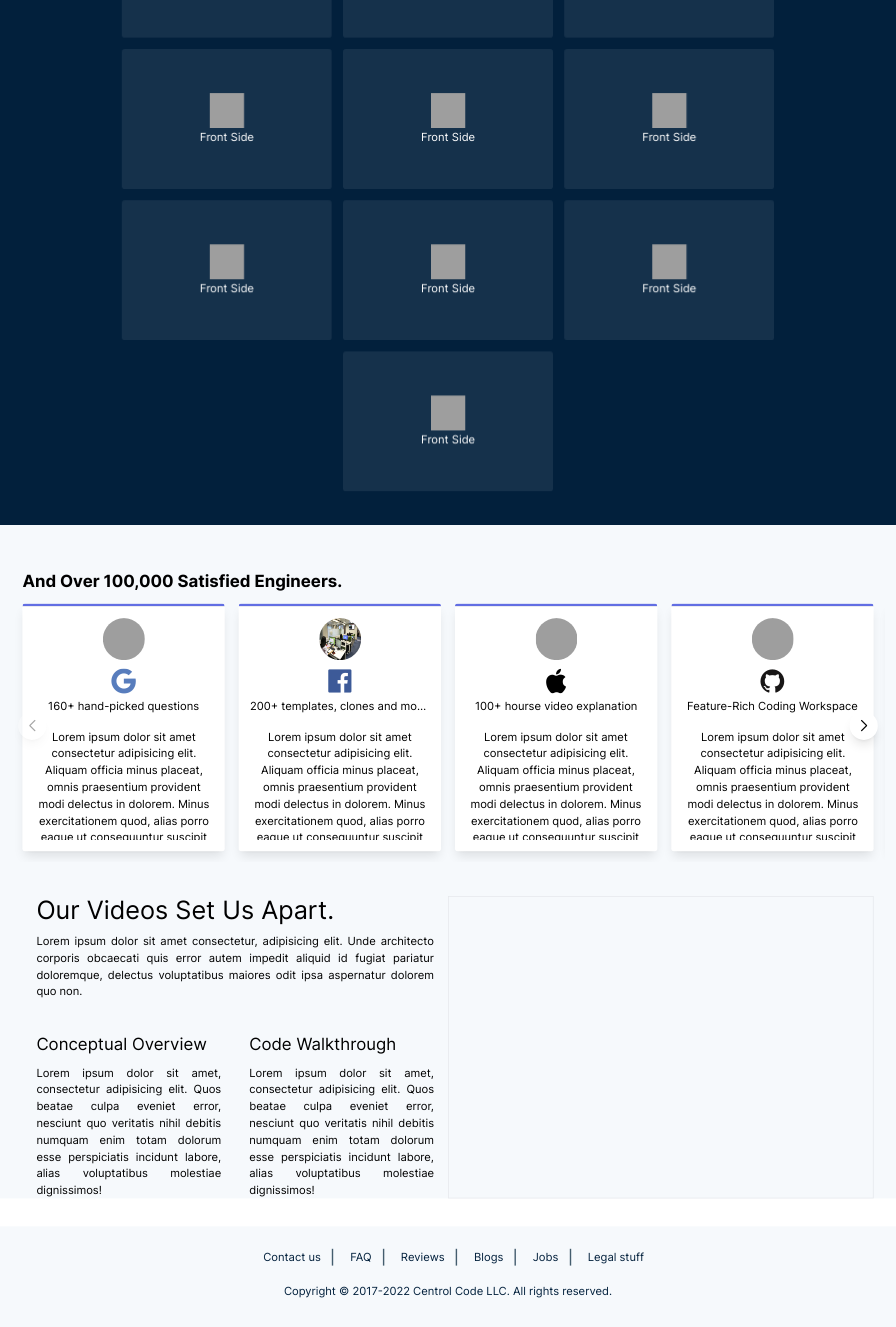
Repository: om1ars/Xjkey
Page: /
These files come from the project's save history. The page is drawn as it stood at one moment and after a run of saves; the edit follows.
The browser window is 1280 px wide. The pictures show the part of the page from y = 3040 to 4960 px (the page is 4936 px tall before and 4960 px after), at 70% of full size.
Pictures or frames that could not be fetched are drawn as grey boxes. The project was rebuilt for these pictures with package versions that can differ from the ones it lists, and the page was loaded fresh each time. The framework's server and built-in components were replaced by stand-ins that run in the browser. Also part of the build but not shown: next.config.js.

Above is the page before, as saved 2022-03-20 23:45:11.

### src/pages/_app.tsx
import "@/css/fonts.css";
// Import Swiper styles
import "swiper/css";
import "swiper/css/free-mode";
import "swiper/css/scrollbar";
import "swiper/css/navigation";
//
import "@/css/main.scss";
import type { AppProps } from "next/app";
import { ThemeProvider } from "next-themes";
import { Header } from "@/components/Header";
import DefaultLayout from "@/layouts/DefaultLayout";
import Head from "next/head";

function MyApp({ Component, pageProps }: AppProps) {
  return (
    <>
      <Head>
        <link
          rel="stylesheet"
          href="https://cdn.jsdelivr.net/gh/devicons/devicon@latest/devicon.min.css"
        />
      </Head>
      <ThemeProvider attribute="class" defaultTheme="system">
        <DefaultLayout>
          <Component {...pageProps} />
        </DefaultLayout>
      </ThemeProvider>
    </>
  );
}

export default MyApp;

### src/pages/_document.tsx
import NextDocument, {
  Html,
  Head,
  Main,
  NextScript,
  DocumentContext,
} from 'next/document';

export default class Document extends NextDocument {
  static async getInitialProps(ctx: DocumentContext) {
    const initialProps = await NextDocument.getInitialProps(ctx);
    return { ...initialProps };
  }

  render() {
    return (
      <Html lang='en' className='dark'>
        <Head>
          <link href='/favicons/site.webmanifest' rel='manifest' />
          <link href='/favicons/favicon.ico' rel='shortcut icon' />
          <link
            href='/favicons/apple-touch-icon.png'
            rel='apple-touch-icon'
            sizes='180x180'
          />
          <link
            href='/favicons/favicon-32x32.png'
            rel='icon'
            sizes='32x32'
            type='image/png'
          />
          <link
            href='/favicons/favicon-16x16.png'
            rel='icon'
            sizes='16x16'
            type='image/png'
          />
          <link
            rel='mask-icon'
            href='/favicons/safari-pinned-tab.svg'
            color='#6366f1'
          />
          <meta content='#ffffff' name='theme-color' />
          <meta content='#ffffff' name='msapplication-TileColor' />
          <meta
            content='/favicons/browserconfig.xml'
            name='msapplication-config'
          />
        </Head>
        <body className='dark:highlight-white/5 bg-neutral-100 text-slate-900 antialiased dark:bg-gray-800 dark:text-white'>
          <Main />
          <NextScript />
        </body>
      </Html>
    );
  }
}

### src/pages/index.tsx
import React from "react";
import SEO from "@/components/SEO";
import Hero from "@/components/HomeComponents/Hero";
import AlgoFlipCard from "@/components/HomeComponents/FlipCard";
import VideosComponents from "@/components/HomeComponents/VideosComponents";
import CompareTable from "@/components/HomeComponents/CompareTable";
import { Testimonials } from "@/components/HomeComponents/Testminoals";
import dynamic from "next/dynamic";
import About from "@/components/HomeComponents/About";

export default function Home() {
  return (
    <>
      <SEO />
      <Hero
        title=" The ultimate resource to prepare for coding interviews."
        subtitle="Everything you need, in one streamlined platform"
      />
      <div className="bg-whiteBg">
        <main
          className="mx-auto max-w-screen-xl bg-whiteBg px-6 sm:px-8 "
          id="video-explanation"
        >
          <div className="mt-16 space-y-20">
            <About />
          </div>
        </main>
        <main
          className="mx-auto max-w-screen-xl bg-whiteBg px-6 sm:px-8 "
          id="video-explanation"
        >
          <div className="mt-16 space-y-20">
            <CompareTable />
          </div>
        </main>
        <div className="mt-10 " id="flipCard">
          <AlgoFlipCard />
        </div>
        <main className="mx-auto max-w-screen-xl px-6 sm:px-8">
          <div className="mt-16 space-y-20">
            <Testimonials />
          </div>
        </main>
        <main
          className="mx-auto max-w-screen-xl px-6 sm:px-8 "
          id="video-explanation"
        >
          <div className="mt-16 space-y-20">
            <VideosComponents />
          </div>
        </main>
      </div>
    </>
  );
}

### src/css/fonts.css
@font-face {
  font-family: "Inter var";
  font-weight: 100 900;
  font-display: swap;
  font-style: normal;
  font-named-instance: "Regular";
  src: url("../fonts/Inter-roman-latin.var.woff2") format("woff2");
}

@font-face {
  font-family: "Inter var";
  font-weight: 100 900;
  font-display: swap;
  font-style: italic;
  font-named-instance: "Italic";
  src: url("../fonts/Inter-italic-latin.var.woff2") format("woff2");
}

### src/css/main.scss
@tailwind base;
@tailwind components;
@tailwind utilities;
@import "./flip-card.scss";
@import "node_modules/react-modal-video/scss/modal-video.scss";

@layer base {
  .dark {
    color-scheme: dark;
  }
}

/* styling Swiper default navigations elements */
.swiper-button-next {
  background-color: theme("colors.white");
  height: 40px;
  width: 40px;
  border-radius: 100px;
  box-shadow: theme("boxShadow.lg");
  transition: all;
  transition-duration: 150ms;
}

html.dark .swiper-button-next {
  background-color: theme("colors.mainBg");
}

.swiper-button-next:hover {
  background-color: theme("colors.mainBg");
}

html.dark .swiper-button-next:hover {
  background-color: theme("colors.mainBg");
}

.swiper-button-next::after {
  color: black;
  font-size: 1rem;
  font-weight: bold;
}
html.dark .swiper-button-next::after {
  color: theme("colors.white");
}

.swiper-button-prev {
  background-color: theme("colors.white");
  height: 40px;
  width: 40px;
  border-radius: 100px;
  box-shadow: theme("boxShadow.lg");
  transition: all;
  transition-duration: 150ms;
}

html.dark .swiper-button-prev {
  background-color: theme("colors.mainBg");
}

.swiper-button-prev:hover {
  background-color: theme("colors.mainBg");
}

html.dark .swiper-button-prev:hover {
  background-color: theme("colors.mainBg");
}

.swiper-button-prev::after {
  color: black;
  font-size: 1rem;
  font-weight: bold;
}
html.dark .swiper-button-prev::after {
  color: theme("colors.white");
}

html.dark .swiper-scrollbar {
  background: rgb(255, 255, 255, 0.2);
}
html.dark .swiper-scrollbar-drag {
  background: rgb(255, 255, 255, 0.6);
}
/* end of styling Swiper default navigations elements */

.front_main_drop:hover .front_sub_drop {
  display: block;
}
.back_main_drop:hover .back_sub_drop {
  display: block;
}

::-webkit-scrollbar {
  width: 4px;
}

/* Handle */
::-webkit-scrollbar-thumb {
  background: #626ee3;
  border-radius: 6px;
}

/* Handle on hover */
::-webkit-scrollbar-thumb:hover {
  background: #535DC5;
}

### src/layouts/DefaultLayout.tsx
import Footer from "@/components/Footer";
import { Header } from "@/components/Header";
import React, { FC } from "react";

export default function DefaultLayout({ children }: any) {
  return (
    <div>
      <Header />
      <main>{children}</main>
      <Footer />
    </div>
  );
}

### src/components/SEO.tsx
import React from "react";
import Head from "next/head";

const defaultMeta = {
  title: "Job Seeking Landing Page - Miad V",
  description: "Exprimental Project",
};

const SEO: React.FC<any> = ({ children, ...customMeta }) => {
  const meta = {
    ...defaultMeta,
    ...customMeta,
  };
  return (
    <Head>
      <meta name="robots" content="noindex" />
      <title>{meta.title}</title>
      <meta name="description" content={meta.description} />
    </Head>
  );
};

export default SEO;

### src/components/HomeComponents/VideosComponents.tsx
import React from "react";
import {GiGalaxy} from 'react-icons/gi'
export default function VideosComponents() {
  return (
    <div className="flex justify-between text-justify sm:flex-col  md:flex-col lg:flex-row">
      <div className="w-6/12 pl-5 pr-5">
        <div>
          <h1 className="mb-3 text-4xl text-black">Our Videos Set Us Apart.</h1>
          <p>
            Lorem ipsum dolor sit amet consectetur, adipisicing elit. Unde
            architecto corporis obcaecati quis error autem impedit aliquid id
            fugiat pariatur doloremque, delectus voluptatibus maiores odit ipsa
            aspernatur dolorem quo non.
          </p>
        </div>
        <div className="mt-12 flex sm:flex-col md:flex-col lg:flex-row">
          <div className="mr-10 ">
            <div className="mb-3 text-2xl  text-black flex">
              <h3 className="">Conceptual Overview</h3>
            </div>
            <p>
              Lorem ipsum dolor sit amet, consectetur adipisicing elit. Quos
              beatae culpa eveniet error, nesciunt quo veritatis nihil debitis
              numquam enim totam dolorum esse perspiciatis incidunt labore,
              alias voluptatibus molestiae dignissimos!
            </p>
          </div>
          <div>
            <h3 className="mb-3 text-2xl text-black">
              <span>Code Walkthrough</span>
              <span></span>
            </h3>
            <p>
              Lorem ipsum dolor sit amet, consectetur adipisicing elit. Quos
              beatae culpa eveniet error, nesciunt quo veritatis nihil debitis
              numquam enim totam dolorum esse perspiciatis incidunt labore,
              alias voluptatibus molestiae dignissimos!
            </p>
          </div>
        </div>
      </div>
      <div className="w-6/12 border"></div>
    </div>
  );
}

### src/css/flip-card.scss
.algo_flip_card_container {
  width: 100%;
  padding: 40px;
  height: 100%;
  background: #02203c;
  //   display: flex;
  justify-content: center;
  align-items: center;
}
.services-box {
  display: flex;
  justify-content: center;
  align-items: center;
  flex-wrap: wrap;
}

.service {
  margin: 8px;
}

.flip-box {
  background-color: transparent;
  width: 300px;
  height: 200px;
  //   border: 1px solid #15314b;
  border-radius: 10px;
  perspective: 1000px;
}

.flip-box-inner {
  position: relative;
  width: 100%;
  height: 100%;
  text-align: center;
  transition: transform 0.4s;
  transform-style: preserve-3d;

  display: flex;
  justify-content: center;
  align-items: center;
}

.flip-box:hover .flip-box-inner {
  transform: rotateY(180deg);
}

.flip-box-front,
.flip-box-back {
  position: absolute;
  width: 100%;
  height: 100%;
  -webkit-backface-visibility: hidden;
  backface-visibility: hidden;

  display: flex;
  justify-content: center;
  align-items: center;
  flex-direction: column;
}

.flip-box-front {
  background-color: #15314b;
  color: white;
  border-radius: 4px;
}


.flip-box-front img {
  height: 50px;
  width: 50px;
}

.flip-box-back {
  background-color: #15314b;
  color: white;
  transform: rotateY(180deg);
  border-radius: 4px;
  padding: 16px;
}

### src/components/Footer.tsx
import Link from "next/link";
import React from "react";

export default function Footer() {
  return (
    <div>
      <div className="mt-10 flex flex-wrap flex-col items-center justify-center bg-whiteBg pl-48 pr-48 pt-8 pb-10 text-textBold">
        <div className="sm:flex sm:flex-wrap md:flex md:flex-wrap lg:flex ">
          <div className="ml-4 flex ">
            <span className="mr-2 ml-2">
              <Link href="/help">Contact us</Link>
            </span>
            <div className=" ml-2 w-0.5 bg-textColor"></div>
          </div>
          <div className="ml-4 flex ">
            <span className="mr-2 ml-2">
              <Link href="/help">FAQ</Link>
            </span>
            <div className=" ml-2 w-0.5 bg-textColor"></div>
          </div>
          <div className="ml-4 flex ">
            <span className="mr-2 ml-2">Reviews</span>
            <div className=" ml-2 w-0.5 bg-textColor"></div>
          </div>
          <div className="ml-4 flex ">
            <span className="mr-2 ml-2">
              <Link href="/blog">Blogs</Link>
            </span>
            <div className=" ml-2 w-0.5 bg-textColor"></div>
          </div>
          <div className="ml-4 flex ">
            <span className="mr-2 ml-2">Jobs</span>
            <div className=" ml-2 w-0.5 bg-textColor"></div>
          </div>
          <div className="ml-4 flex ">
            <span className="mr-2 ml-2 ">
              <Link href="/privacy">Legal stuff</Link>
            </span>
          </div>
        </div>
        <div className="mt-6">
          <span>
            Copyright © 2017-2022 Centrol Code LLC. All rights reserved.
          </span>
        </div>
      </div>
    </div>
  );
}

### src/components/Button/index.tsx
import React, { forwardRef } from "react";
import { __DEV__ } from "@/utils/assertions";

type BaseButtonProps = Omit<React.HTMLProps<HTMLButtonElement>, "size">;

/* === Button Element === */

export interface ButtonProps extends BaseButtonProps {
  children: React.ReactNode;
  fullWidth?: boolean;
  className?: string;
  variant?: "solid" | "outline" | "ghost";
  size?: "sm" | "md" | "lg";
  as?: string;
  isExternal?: boolean;
  type?: "button" | "submit" | "reset";
}

export const Button = forwardRef<HTMLButtonElement, ButtonProps>(
  (
    {
      children,
      variant = "solid",
      size = "md",
      fullWidth = false,
      className,
      as = "button",
      isExternal = false,
      ...rest
    },
    ref
  ) => {
    let tempClassNames: string[] = [];

    const sharedClasses = [
      "capitalize",
      "focus:outline-none",
      "focus:ring-2",
      "focus:ring-sky-400",
      "focus:ring-offset-2",
      "focus:ring-offset-sky-50",
      "font-semibold",
      "rounded-full",
      "inline-flex",
      "flex-shrink-0",
      "items-center",
      "justify-center",
      "transition-colors",
      "ease-in-out",
      "duration-500",
    ];

    if (fullWidth) sharedClasses.push("w-full");

    // handle variants
    let btnSolid = ["bg-sky-600", "hover:bg-sky-700", "text-white"];
    let btnOutline = [
      "dark:text-white",
      "hover:text-sky-700",
      "hover:dark:text-sky-700",
      "bg-transparent",
      "hover:bg-sky-50",
      "border",
      "border-sky-600",
    ];
    let btnGhost = [
      "bg-transparent",
      "dark:text-white",
      "hover:bg-sky-50",
      "hover:text-sky-700",
      "hover:dark:text-sky-700",
    ];

    if (variant === "solid") {
      tempClassNames = [...sharedClasses, ...btnSolid];
    } else if (variant === "outline") {
      tempClassNames = [...sharedClasses, ...btnOutline];
    } else if (variant === "ghost") {
      tempClassNames = [...sharedClasses, ...btnGhost];
    }

    // handle sizes
    let sizeSm = ["h-8", "px-2", "text-sm"];
    let sizeMd = ["h-10", "px-3"];
    let sizeLg = ["h-12", "px-4", "text-lg"];

    if (size === "sm") {
      tempClassNames = [...tempClassNames, ...sizeSm];
    } else if (size === "md") {
      tempClassNames = [...tempClassNames, ...sizeMd];
    } else if (size === "lg") {
      tempClassNames = [...tempClassNames, ...sizeLg];
    }

    let classes = tempClassNames.join(" ");

    let Element = as ? (
      React.createElement(
        as,
        {
          className: `${classes} ${className}`,
          target: isExternal ? "_blank" : undefined,
          rel: isExternal ? "noopener noreferrer" : undefined,
          ref,
          ...rest,
        },
        children
      )
    ) : (
      <button {...rest} className={`${classes} ${className}`} ref={ref}>
        {children}
      </button>
    );

    return Element;
  }
);

if (__DEV__) {
  Button.displayName = "Button";
}

/* === IconButton Element === */

export interface IconButtonProps extends ButtonProps {
  icon?: React.ReactElement;
  "aria-label": string;
}

export const IconButton = forwardRef<HTMLButtonElement, IconButtonProps>(
  (
    {
      children,
      icon,
      className,
      "aria-label": ariaLabel,
      size = "md",
      ...rest
    },
    ref
  ) => {
    let sharedClasses = ["rounded-full", "!px-0"];

    // handle sizes
    let sizeSm = ["w-8"];
    let sizeMd = ["w-10"];
    let sizeLg = ["w-12"];

    if (size === "sm") {
      sharedClasses = [...sharedClasses, ...sizeSm];
    } else if (size === "md") {
      sharedClasses = [...sharedClasses, ...sizeMd];
    } else if (size === "lg") {
      sharedClasses = [...sharedClasses, ...sizeLg];
    }

    /**
     * Passing the icon as prop or children should work
     */
    const element = icon || children;
    const _children = React.isValidElement(element)
      ? React.cloneElement(element as any, {
          "aria-hidden": true,
          focusable: false,
        })
      : null;

    let classes = sharedClasses.join(" ");
    return (
      <Button
      className={`${classes} ${className}`}
        aria-label={ariaLabel}
        size={size}
        {...rest}
        ref={ref}
      >
        {_children}
      </Button>
    );
  }
);

if (__DEV__) {
  IconButton.displayName = "IconButton";
}

### src/components/Logo.tsx
import clsx from "clsx";
import React from "react";

export default function Logo() {
  return (
    <span
      className='text-mainBg'
    >
      Central Code
    </span>
  );
}

### src/utils/assertions.ts
export const __DEV__ = process.env.NODE_ENV !== "production";

Loaded but not shown: tailwind.config.js (40 lines, source omitted); src/components/Header.tsx (386 lines, source omitted); src/components/HomeComponents/CompareTable.tsx (234 lines, source omitted); src/components/HomeComponents/FlipCard.tsx (283 lines, source omitted); src/components/HomeComponents/Testminoals.tsx (191 lines, source omitted); src/components/HomeComponents/AuthenticationDialog.tsx (206 lines, source omitted); src/components/HomeComponents/About.tsx (136 lines, source omitted); src/components/ThemeToggle.tsx (220 lines, source omitted); src/components/HomeComponents/Hero.tsx (167 lines, source omitted)

After the next 2 saves:
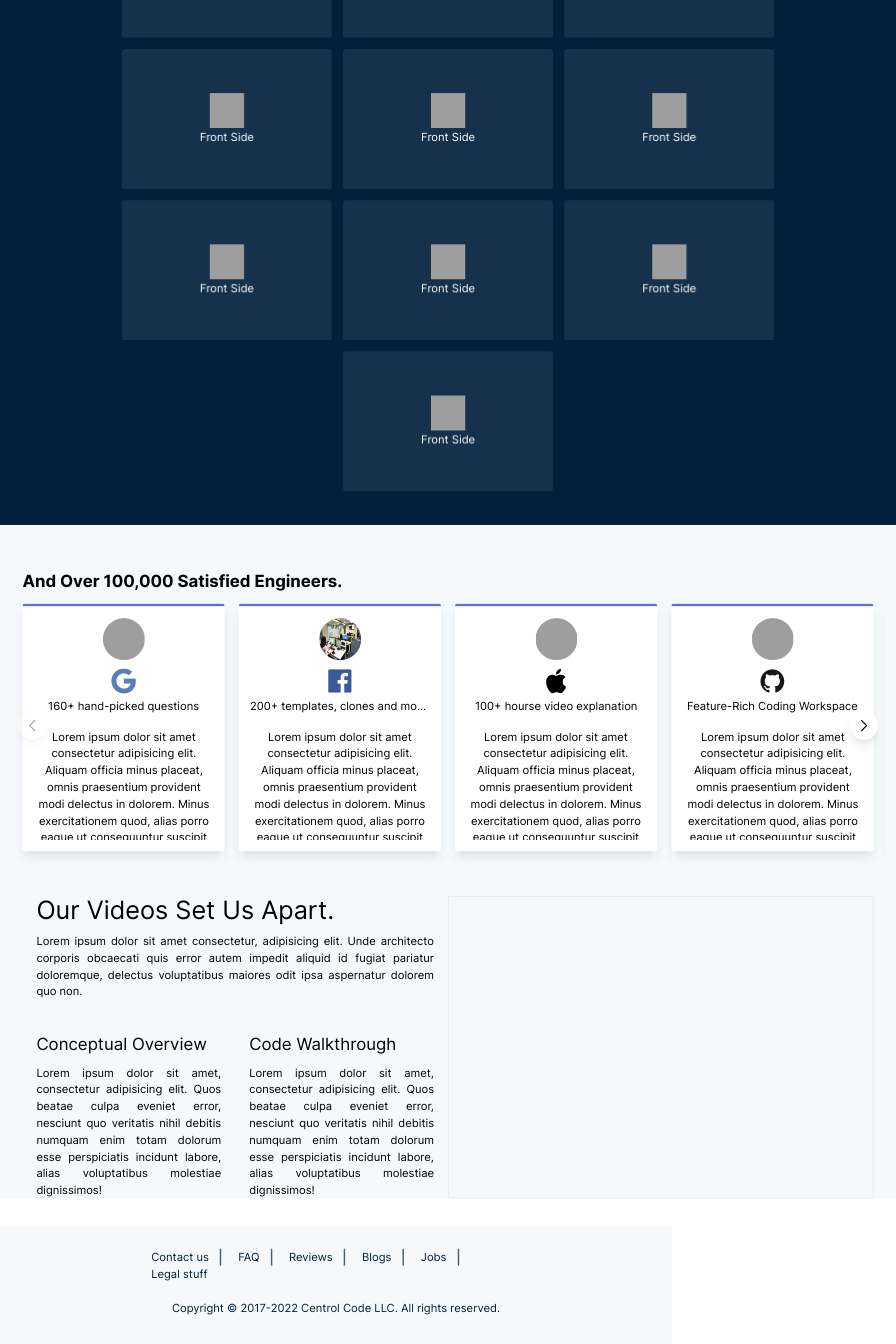
The 2 saves are shown as one change because they came seconds apart.
The last was saved 12 s later.
--- a/src/components/Footer.tsx
+++ b/src/components/Footer.tsx
@@ -4,7 +4,7 @@
 export default function Footer() {
   return (
     <div>
-      <div className="mt-10 flex flex-wrap flex-col items-center justify-center bg-whiteBg pl-48 pr-48 pt-8 pb-10 text-textBold">
+      <div className="mt-10 flex flex-wrap w-9/12 flex-col items-center justify-center bg-whiteBg pl-48 pr-48 pt-8 pb-10 text-textBold">
         <div className="sm:flex sm:flex-wrap md:flex md:flex-wrap lg:flex ">
           <div className="ml-4 flex ">
             <span className="mr-2 ml-2">

After the 2 saves that followed:
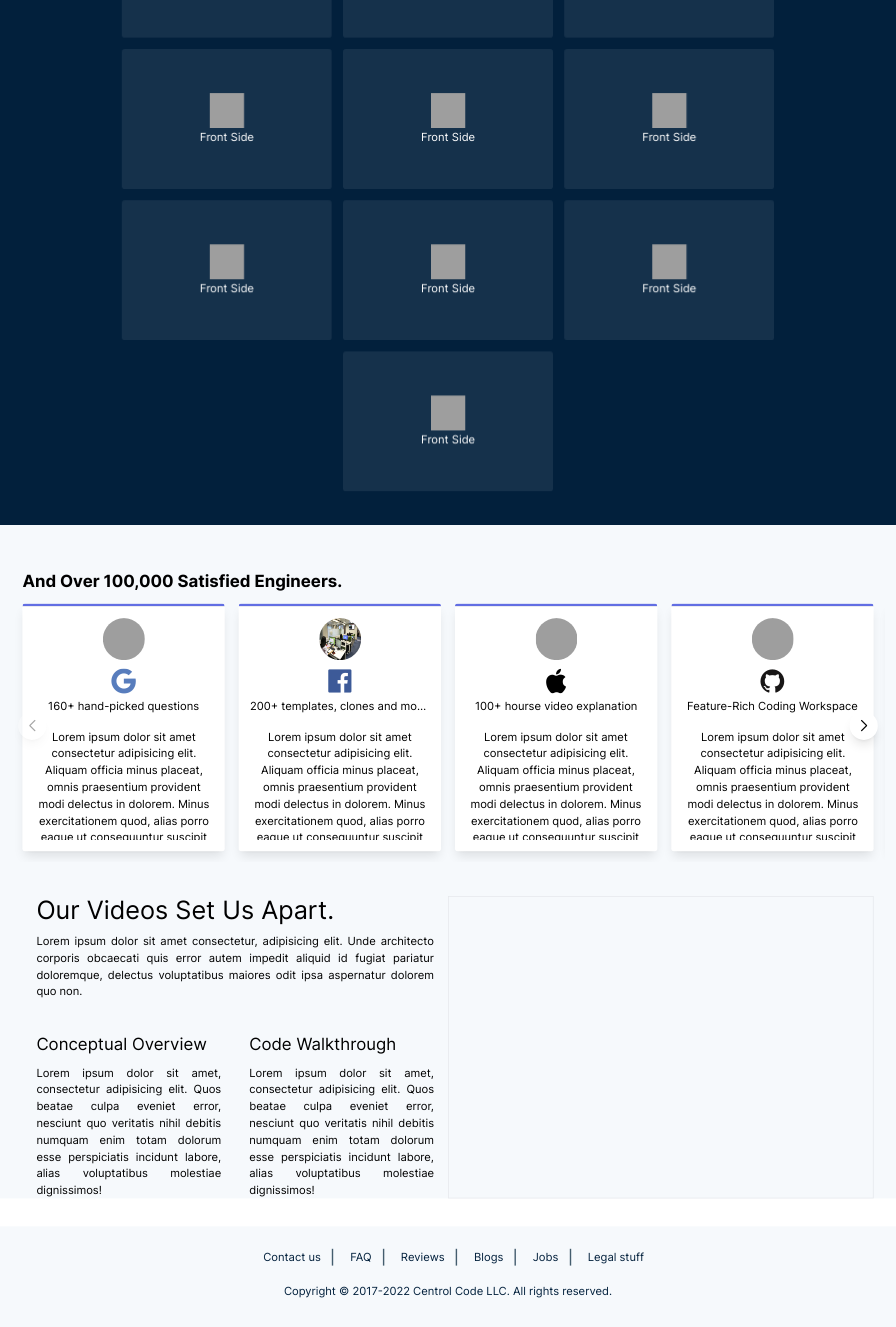
The 2 saves are shown as one change because 1 left the picture as it was.
The last was saved 22 s later.
--- a/src/components/Footer.tsx
+++ b/src/components/Footer.tsx
@@ -4,7 +4,7 @@
 export default function Footer() {
   return (
     <div>
-      <div className="mt-10 flex flex-wrap w-9/12 flex-col items-center justify-center bg-whiteBg pl-48 pr-48 pt-8 pb-10 text-textBold">
+      <div className="mt-10 flex flex-wrap w items-center justify-center bg-whiteBg pl-48 pr-48 pt-8 pb-10 text-textBold">
         <div className="sm:flex sm:flex-wrap md:flex md:flex-wrap lg:flex ">
           <div className="ml-4 flex ">
             <span className="mr-2 ml-2">
